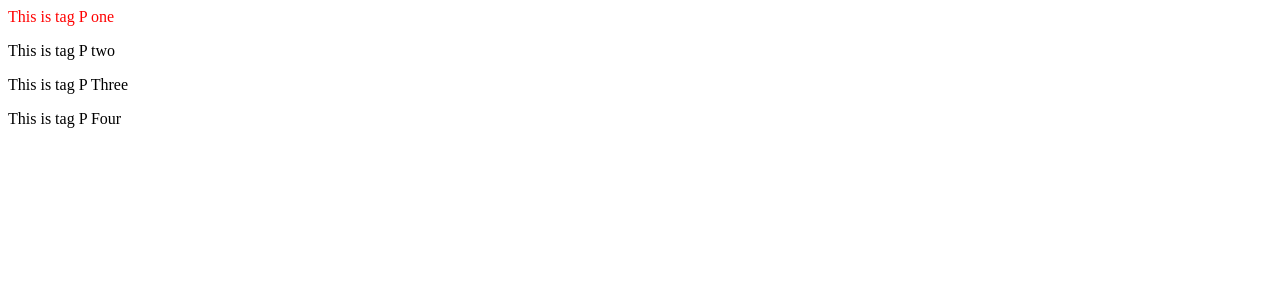
Repository: VDHBK/Learn-JS
Page: JS-Huy/domSelector.html
An editor plug-in stored every save of this project. The page is shown before and after the next save, followed by the edit.
The browser window is 1280 px wide. The pictures show the whole page.

Above is the page before, as saved 2020-10-16 00:23:02.

### JS-Huy/domSelector.html
<!-- DOM Selecter -->
<html>
	<head>
	</head>
	<body>
            <p>This is tag P one </p>
            <p>This is tag P two </p>
            <p>This is tag P Three </p>
            <p>This is tag P Four </p>

        <script>
            let tagObject = document.getElementsByTagName("p");
            tagObject[0].style.color = "red";

		</script>
	</body>
</html>

After the next save:
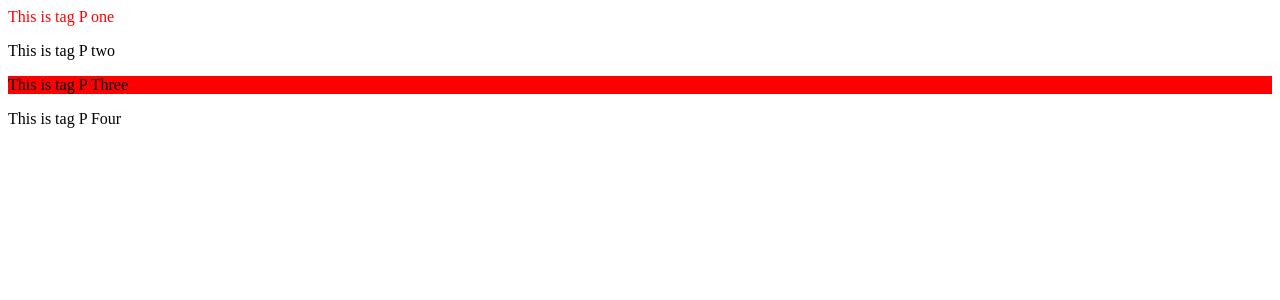
Saved 36 s later.
--- a/JS-Huy/domSelector.html
+++ b/JS-Huy/domSelector.html
@@ -11,7 +11,7 @@
         <script>
             let tagObject = document.getElementsByTagName("p");
             tagObject[0].style.color = "red";
-
+            tagObject[2].style.backgroundColor = "red";
 		</script>
 	</body>
 </html>
